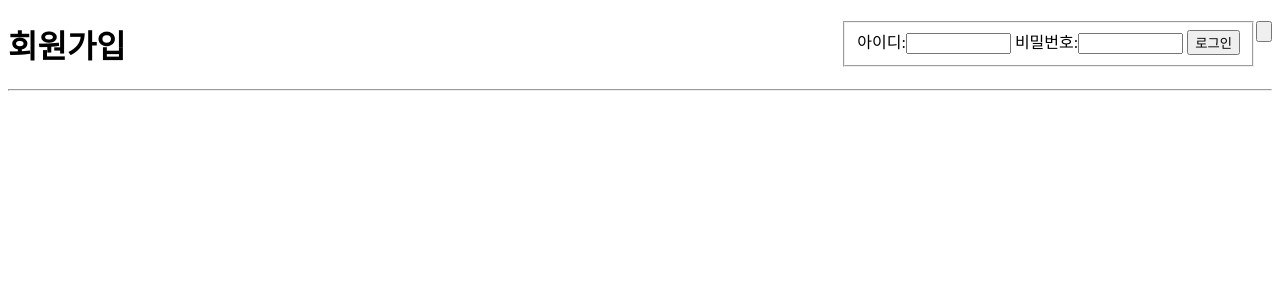
Repository: to-flatwhite1/JSP
Page: http://localhost/JSP/
These files come from the project's save history. The page is drawn as it stood at one moment and after the next save; the edit follows.
The browser window is 1280 px wide. The pictures show the whole page.
The page is served by Tomcat 9.

Above is the page before, as saved 2024-05-17 08:32:10.

### portfolio-master/JSP/src/main/webapp/index.jsp
<%@ page language="java" contentType="text/html; charset=utf-8"
    pageEncoding="utf-8"%>
<!DOCTYPE html>
	<html>
	<head>
		<meta charset="utf-8">
		<title></title>
		<style>
		form{
		display:inline-block;
		float:right;
		}
		</style>
	</head>
	<body>
	<div id="login">
	<form method="get" action="login.jsp">
	<input type=button>
	</form>
	</div>
	<form method="get" action="next.jsp">
	<fieldset>
	아이디:<input type="text" id="user_id" size="10">
	비밀번호:<input type="password" id="user_pw" size="10">
	<input type="submit" value="로그인">
	</fieldset>
	</form>

	<h1>회원가입</h1>
	<hr>
	</body>
</html>

After the next save:
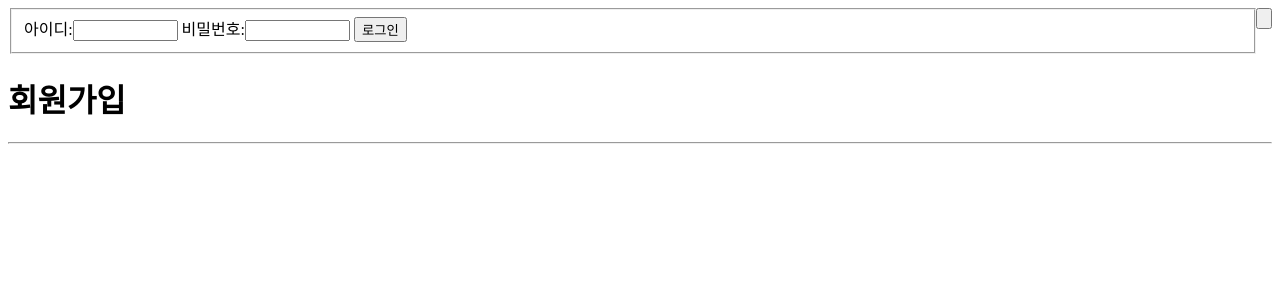
Saved 11 s later.
--- a/portfolio-master/JSP/src/main/webapp/index.jsp
+++ b/portfolio-master/JSP/src/main/webapp/index.jsp
@@ -6,7 +6,7 @@
 		<meta charset="utf-8">
 		<title></title>
 		<style>
-		form{
+		#login{
 		display:inline-block;
 		float:right;
 		}
